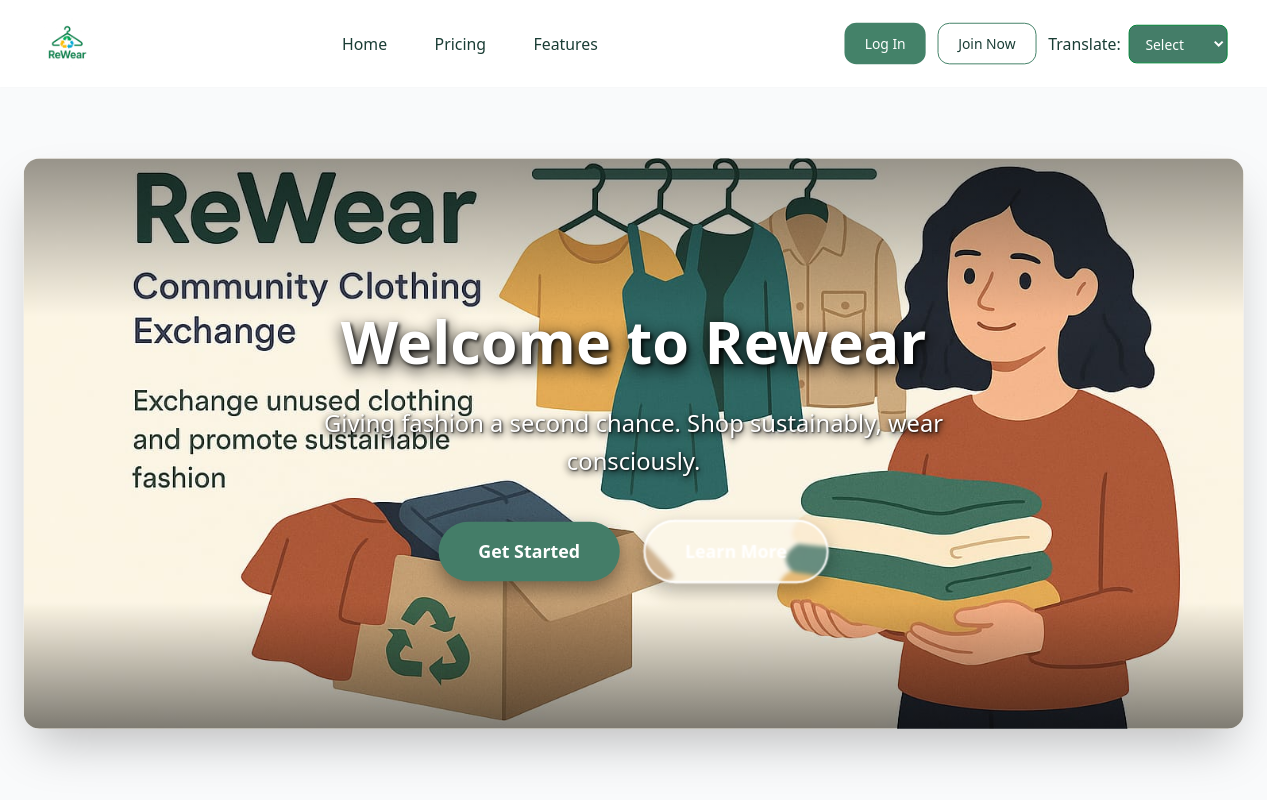
Repository: Swastikkkkk/vv
Page: / (app in OneDrive/Desktop/Yuzichahal/frontend/)
The author's editor kept a copy of each file at every save. The page is drawn from the files as they stood at one save, then again after a run of saves.
The browser window is 1280 px wide. The pictures show the part of the page from y = 0 to 960 px (the page is 808 px tall before and 1568 px after), at 99% of full size.
Pictures or frames that could not be fetched are drawn as grey boxes. The page's requests for data from a server got no answer. The project was rebuilt for these pictures with package versions that can differ from the ones it lists, and the page was loaded fresh each time. No one was signed in, and anything a server would have sent is missing. Also part of the build but not shown: OneDrive/Desktop/Yuzichahal/frontend/vite.config.js, OneDrive/Desktop/Yuzichahal/frontend/src/components/Signup.jsx, OneDrive/Desktop/Yuzichahal/frontend/src/components/Login.jsx.

Above is the page before, as saved 2025-07-12 10:19:26.

### OneDrive/Desktop/Yuzichahal/frontend/src/App.jsx
import React from 'react';
import { BrowserRouter as Router, Routes, Route } from 'react-router-dom';
import LandingPage from './components/LandingPage'; // Add this
import Signup from './components/Signup';
import Login from './components/Login';

const App = () => {
  return (
    <Router>
      <Routes>
        <Route path="/" element={<LandingPage />} />
        <Route path="/signup" element={<Signup />} />
        <Route path="/login" element={<Login />} />
      </Routes>
    </Router>
  );
};

export default App;

### OneDrive/Desktop/Yuzichahal/frontend/src/components/LandingPage.jsx
import React from 'react';
import Navbar from './Navbar';
import HeroSection from './Herosection';

const LandingPage = () => {
  return (
    <>
      <Navbar />
      <HeroSection />
    </>
  );
};

export default LandingPage;

### OneDrive/Desktop/Yuzichahal/frontend/src/components/Navbar.jsx
// import React from 'react';
// import logo from '../assets/logo.png'; // adjust the path if your file structure differs

// const Navbar = () => {
//   return (
//     <header className="w-full px-10 py-5 flex items-center justify-between bg-white shadow-sm">
//       {/* Left - Logo */}
//       <div className="flex items-center space-x-3">
//         <img src={logo} alt="Rewear Logo" className="h-20 w-auto" />
//       </div>

//       {/* Center - Links */}
//       <nav className="hidden md:flex items-center gap-12 text-[#1a3d35] text-base font-medium">
//         <a href="#" className="hover:text-green-700 transition duration-200">Home</a>
//         <a href="#" className="hover:text-green-700 transition duration-200">Pricing</a>
//         <a href="#" className="hover:text-green-700 transition duration-200">Impact</a>
//       </nav>

//       {/* Right - Buttons */}
//       <div className="flex items-center gap-4">
//         <button className="bg-[#447d68] text-white px-5 py-2.5 rounded-xl text-sm font-medium hover:bg-[#366755] transition duration-200">
//           Log In
//         </button>
//         <button className="border border-[#447d68] text-[#1a3d35] px-5 py-2.5 rounded-xl text-sm font-medium hover:bg-[#e7f1ed] transition duration-200">
//           Join Now
//         </button>
//       </div>
//     </header>
//   );
// };

// export default Navbar;
import React, { useState, useEffect } from "react";
import { useNavigate, useLocation } from "react-router-dom";
import logo from "../assets/logo.png"; // Replace with your actual logo path

const API_KEY = "AIzaSyB39IqC2w3zr9SIbAsf3AWyEwD9niQ93vU";

const Navbar = () => {
  const navigate = useNavigate();
  const location = useLocation();

  const [translating, setTranslating] = useState(false);
  const [selectedLang, setSelectedLang] = useState(
    localStorage.getItem("selectedLang") || ""
  );

  const scrollToSection = (id) => {
    const section = document.getElementById(id);
    if (section) {
      section.scrollIntoView({ behavior: "smooth" });
    }
  };

  const handleJoinNowClick = () => {
    navigate("/signup");
  };

  const handleSignInClick = () => {
    navigate("/login");
  };

  const translatePage = async (targetLang) => {
    if (!targetLang) return;
    setTranslating(true);

    try {
      const elements = document.querySelectorAll("body *:not(script):not(style)");
      const textNodes = [];
      const originalTexts = [];

      for (const el of elements) {
        for (const node of el.childNodes) {
          if (node.nodeType === Node.TEXT_NODE && node.textContent.trim()) {
            textNodes.push(node);
            originalTexts.push(node.textContent.trim());
          }
        }
      }

      if (originalTexts.length === 0) return;

      const response = await fetch(
        `https://translation.googleapis.com/language/translate/v2?key=${API_KEY}`,
        {
          method: "POST",
          headers: {
            "Content-Type": "application/json",
          },
          body: JSON.stringify({
            q: originalTexts,
            target: targetLang,
            format: "text",
          }),
        }
      );

      const data = await response.json();

      if (data?.data?.translations?.length === textNodes.length) {
        data.data.translations.forEach((translation, idx) => {
          textNodes[idx].textContent = translation.translatedText;
        });
      } else {
        console.warn("Mismatch in translation results");
      }
    } catch (error) {
      console.error("Translation error:", error);
      alert("Failed to translate page. Please try again.");
    }

    setTranslating(false);
  };

  const handleLanguageChange = (e) => {
    const lang = e.target.value;
    setSelectedLang(lang);
    localStorage.setItem("selectedLang", lang);
    translatePage(lang);
  };

  return (
    <header className="w-full bg-white shadow-sm">
      <div className="max-w-[1440px] mx-auto px-6 md:px-10 py-4 flex flex-col md:flex-row items-center justify-between gap-4 md:gap-0">
        {/* Logo */}
        <div className="flex items-center space-x-3">
          <img src={logo} alt="Rewear Logo" className="h-14 w-auto object-contain" />
        </div>

        {/* Nav Links */}
        <ul className="hidden md:flex items-center gap-12 text-[#1a3d35] text-[16px] font-medium">
          <li onClick={() => scrollToSection("home")} className="cursor-pointer hover:text-green-700 transition">
            Home
          </li>
          <li onClick={() => scrollToSection("pricing")} className="cursor-pointer hover:text-green-700 transition">
            Pricing
          </li>
          <li onClick={() => scrollToSection("features")} className="cursor-pointer hover:text-green-700 transition">
            Features
          </li>
        </ul>

        {/* Right side - Buttons and Language */}
        <div className="flex flex-col md:flex-row items-center gap-3 w-full md:w-auto">
          <div className="flex gap-3 w-full md:w-auto">
            <button
              onClick={handleSignInClick}
              className="bg-[#448269] text-white px-5 py-2.5 rounded-xl text-sm font-medium hover:bg-green-900 transition w-full md:w-auto"
            >
              Log In
            </button>
            <button
              onClick={handleJoinNowClick}
              className="border border-[#448269] text-[#1a3d35] px-5 py-2.5 rounded-xl text-sm font-medium hover:bg-green-100 transition w-full md:w-auto"
            >
              Join Now
            </button>
          </div>

          {/* Language selector */}
          <div className="flex flex-col md:flex-row items-center gap-2">
            <label htmlFor="language-select" className="text-[#1a3d35] font-medium whitespace-nowrap">
              Translate:
            </label>
            <select
              id="language-select"
              className="px-3 py-2 rounded-lg bg-[#447d68] text-white border border-green-700 text-sm focus:outline-none"
              onChange={handleLanguageChange}
              disabled={translating}
              value={selectedLang}
            >
              <option value="" disabled>Select</option>
              <option value="en">English</option>
              <option value="hi">Hindi</option>
              <option value="es">Spanish</option>
              <option value="fr">French</option>
              <option value="de">German</option>
              <option value="zh-CN">Chinese</option>
              <option value="ar">Arabic</option>
              <option value="mr">Marathi</option>
            </select>
          </div>

          {translating && (
            <p className="text-sm text-green-500 mt-2 md:mt-0">Translating...</p>
          )}
        </div>
      </div>
    </header>
  );
};

export default Navbar;

### OneDrive/Desktop/Yuzichahal/frontend/src/components/CategoriesSection.jsx
import React from 'react';
import { useNavigate } from 'react-router-dom';
import { auth } from './FirebaseConfig'; // Update path if needed

const categories = [
  {
    title: 'Traditional',
    image:
      'https://images.unsplash.com/photo-1593032457865-cdbb52a0c54a?auto=format&fit=crop&w=800&q=80',
  },
  {
    title: 'Modern',
    image:
      'https://images.unsplash.com/photo-1550639524-a3d4b6a4c878?auto=format&fit=crop&w=800&q=80',
  },
  {
    title: 'Western',
    image:
      'https://images.unsplash.com/photo-1618331835717-2c7f6d92d25f?auto=format&fit=crop&w=800&q=80',
  },
  {
    title: 'Ethnic',
    image:
      'https://images.unsplash.com/photo-1632301580726-8eb00ebed45f?auto=format&fit=crop&w=800&q=80',
  },
  {
    title: 'Kidswear',
    image:
      'https://images.unsplash.com/photo-1596461404969-9f8de54b79a8?auto=format&fit=crop&w=800&q=80',
  },
  {
    title: 'Accessories',
    image:
      'https://images.unsplash.com/photo-1562157873-818bc0726f84?auto=format&fit=crop&w=800&q=80',
  },
];

const CategoriesSection = () => {
  const navigate = useNavigate();

  const handleCategoryClick = (category) => {
    const user = auth.currentUser;
    if (!user) {
      alert('Please log in to browse this category.');
      navigate('/login');
    } else {
      navigate(`/category/${category.toLowerCase()}`);
    }
  };

  return (
    <div className="py-16 px-4 bg-[#f0f4f3]">
      <h2 className="text-4xl font-semibold text-center mb-12 text-[#1a3d35]">
        Browse by Category
      </h2>
      <div className="grid grid-cols-1 sm:grid-cols-2 lg:grid-cols-3 gap-8 max-w-7xl mx-auto">
        {categories.map((cat) => (
          <div
            key={cat.title}
            onClick={() => handleCategoryClick(cat.title)}
            className="relative cursor-pointer rounded-2xl overflow-hidden group transition duration-300 ease-in-out transform hover:scale-105 shadow-lg"
          >
            <img
              src={cat.image}
              alt={cat.title}
              className="w-full h-64 object-cover group-hover:brightness-50 transition duration-300 ease-in-out"
            />
            <div className="absolute inset-0 flex items-center justify-center opacity-0 group-hover:opacity-100 transition duration-300 ease-in-out">
              <h3 className="text-white text-2xl font-semibold bg-black/50 px-4 py-2 rounded-xl backdrop-blur-sm">
                {cat.title}
              </h3>
            </div>
          </div>
        ))}
      </div>
    </div>
  );
};

export default CategoriesSection;

Loaded but not shown: OneDrive/Desktop/Yuzichahal/frontend/index.html (common file); OneDrive/Desktop/Yuzichahal/frontend/src/App.css (common file); OneDrive/Desktop/Yuzichahal/frontend/src/main.jsx (common file); OneDrive/Desktop/Yuzichahal/frontend/src/components/FirebaseConfig.js (25 lines, source omitted); OneDrive/Desktop/Yuzichahal/frontend/src/components/Herosection.jsx (288 lines, source omitted)

After the next 2 saves:
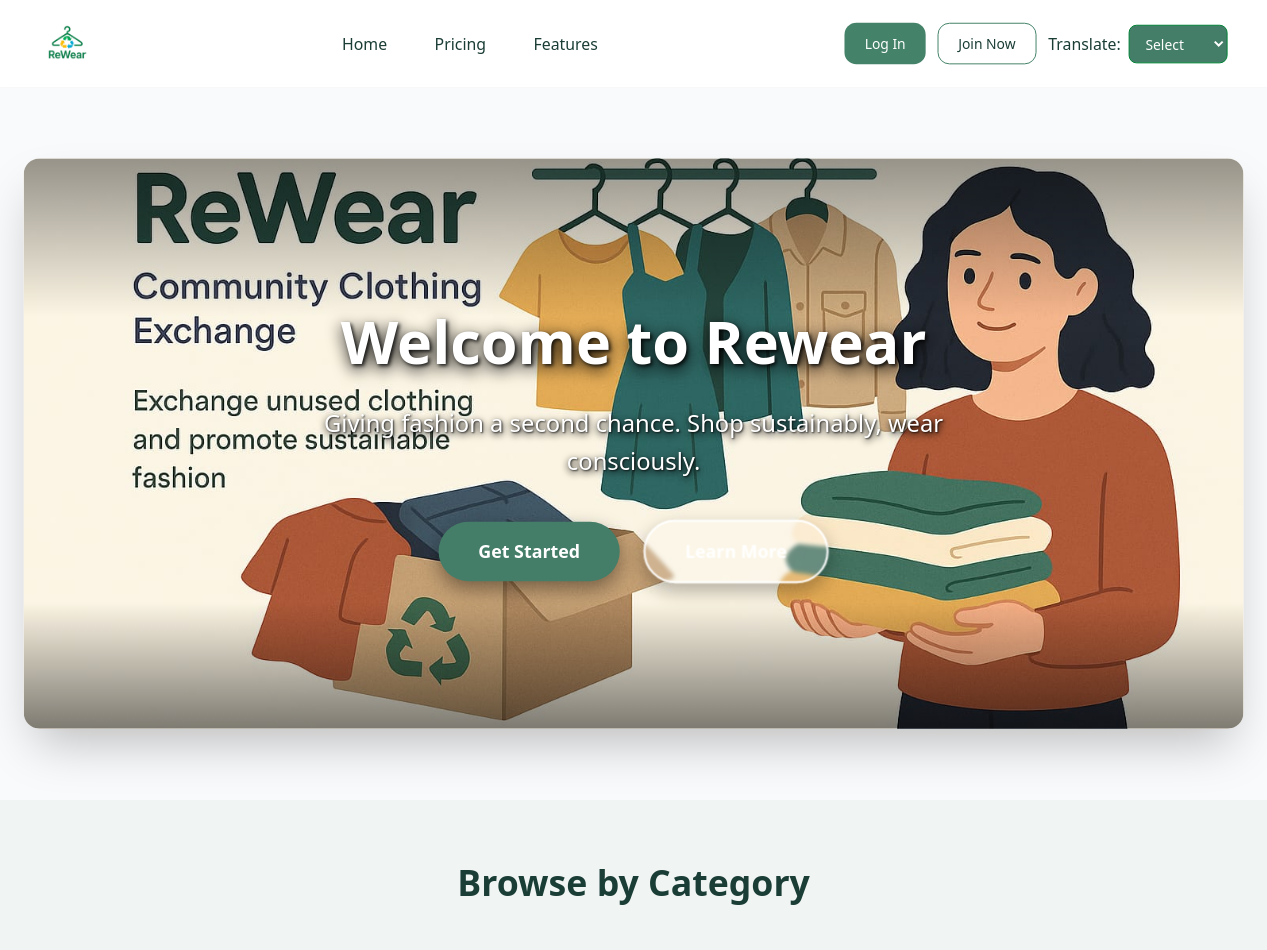
The 2 saves are shown as one change because they came seconds apart.
The last was saved 9 s later.
--- a/OneDrive/Desktop/Yuzichahal/frontend/src/components/LandingPage.jsx
+++ b/OneDrive/Desktop/Yuzichahal/frontend/src/components/LandingPage.jsx
@@ -1,12 +1,14 @@
 import React from 'react';
 import Navbar from './Navbar';
 import HeroSection from './Herosection';
+import CategoriesSection from './CategoriesSection';
 
 const LandingPage = () => {
   return (
     <>
       <Navbar />
       <HeroSection />
+      <CategoriesSection />
     </>
   );
 };
